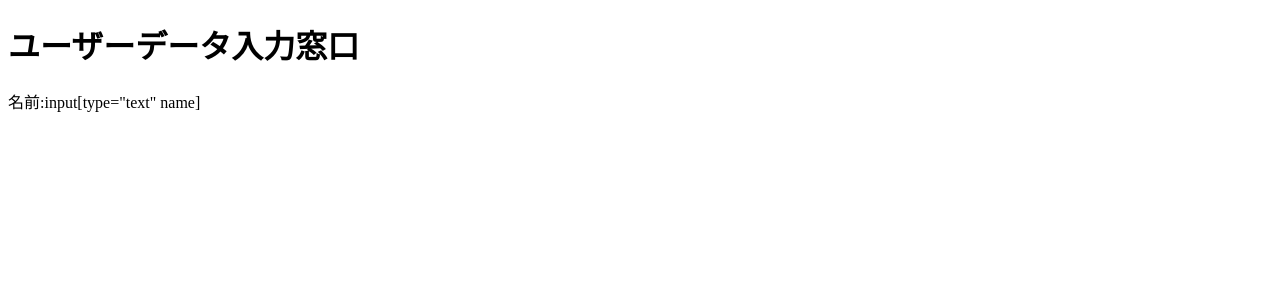
Repository: isopets/next-market
Page: form2.html
These files come from the project's save history. The page is drawn as it stood at one moment and after a run of saves; the edit follows.
The browser window is 1280 px wide. The pictures show the whole page.

Above is the page before, as saved 2022-06-08 00:48:20.

After the next 2 saves:
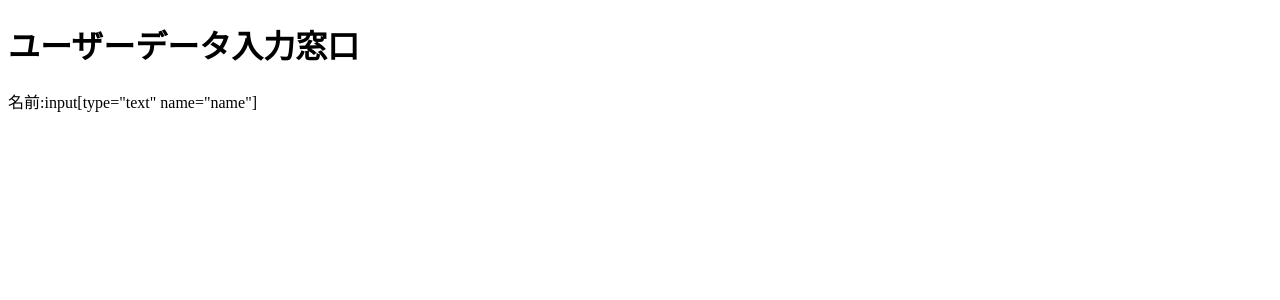
The 2 saves are shown as one change because they came seconds apart.
The last was saved 6 s later.
--- a/form2.html
+++ b/form2.html
@@ -11,7 +11,7 @@
 <body>
     <h1>ユーザーデータ入力窓口</h1>
     <form action="http://localhost:3000/api/user/register" method="POST">
-        名前:input[type="text" name]
+        名前:input[type="text" name="name"]
     </form>
 </body>
 
